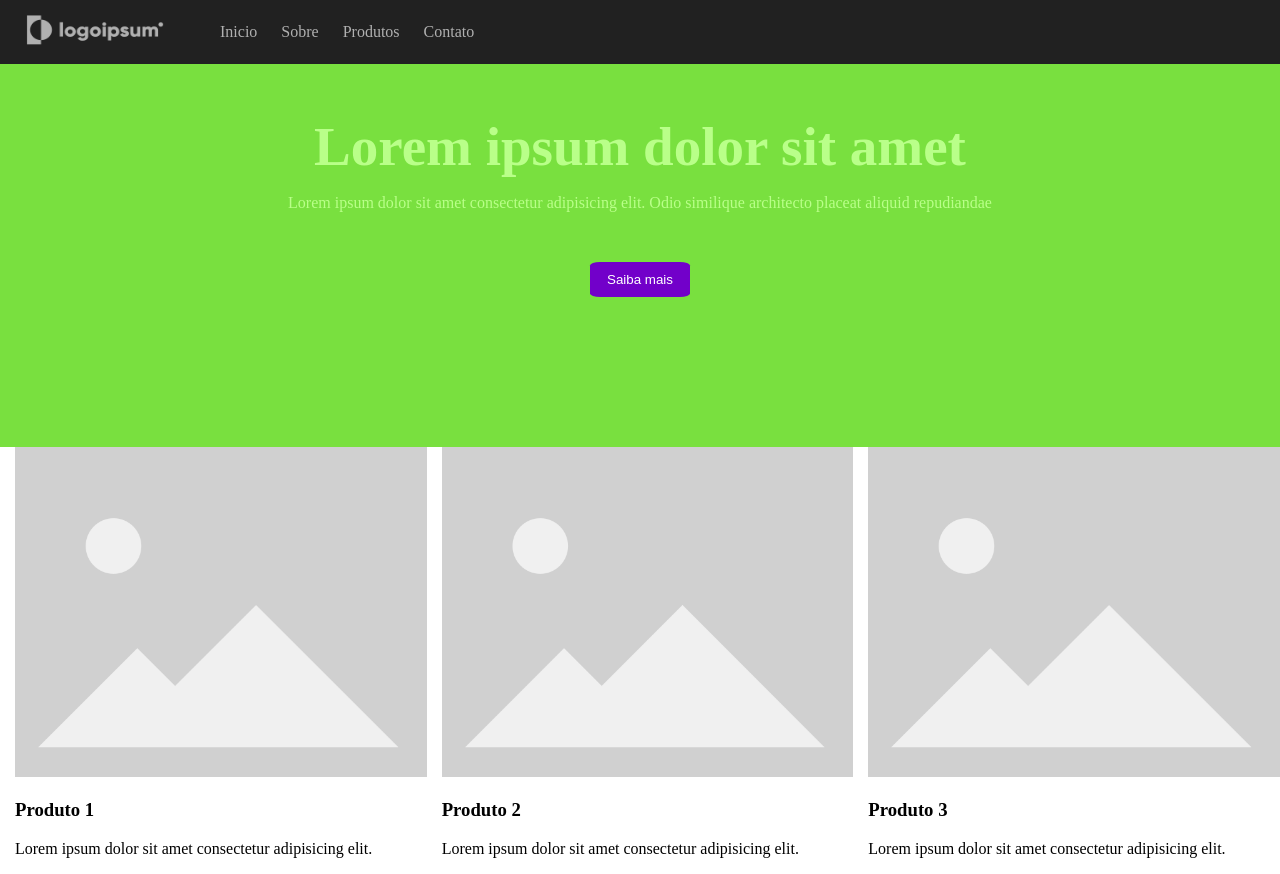
Repository: Carolden/SiteCrie_Ti
Page: index.html
An editor plug-in stored every save of this project. The page is shown before and after the next save, followed by the edit.
The browser window is 1280 px wide. The pictures show the whole page.

Above is the page before, as saved 2023-04-23 21:05:02.

### index.html
<!DOCTYPE html>
<html lang="pt-BR">
<head>
    <meta charset="UTF-8">
    <meta http-equiv="X-UA-Compatible" content="IE=edge">
    <meta name="viewport" content="width=device-width, initial-scale=1.0">
    <title>Document</title>
    <link rel="stylesheet" type="text/css" href="index.css" media="screen" />
</head>
<body>

    <header>
        <div>
            <img src="images/logo.png" alt="logo" class="logo">
        </div>
        <nav>
            <a href="inicio">Inicio</a>
            <a href="sobre">Sobre</a>
            <a href="produtos">Produtos</a>
            <a href="contato">Contato</a>
        </nav>
    </header>

    <main>

    <section class="banner">
        <h1>Lorem ipsum dolor sit amet</h1>
        <p>Lorem ipsum dolor sit amet consectetur adipisicing elit. Odio similique architecto placeat aliquid repudiandae</p>
        <button>Saiba mais</button>
    </section>

    <section class="produtos">
        <div class="row">
            <div class="column">
                <img src="images/placeholder.png" alt="imagem1">
                <h3>Produto 1</h3>
                <p>Lorem ipsum dolor sit amet consectetur adipisicing elit.</p>
            </div>

            <div class="column">
                <img src="images/placeholder.png" alt="imagem2">
                <h3>Produto 2</h3>
                <p>Lorem ipsum dolor sit amet consectetur adipisicing elit.</p>
            </div>

            <div class="column">
                <img src="images/placeholder.png" alt="imagem3">
                <h3>Produto 3</h3>
                <p>Lorem ipsum dolor sit amet consectetur adipisicing elit.</p>
            </div>
        </div>
    </section>


    </main>





</body>
</html>

### index.css
body {
    border: 0;
    margin: 0;
    padding: 0;
}


header {
    background-color: #212121;
    display: flex;
    align-items: center;
    width: 100%;
    top: 0;
    padding-left: 20px;
    padding-right: 20px;
    box-sizing: border-box;
}

header nav a {
    color: #B0B0B0;
    text-decoration: none;
    padding: 10px;

}

.logo {
    width: 150px;
    height: 60px;
    padding-right: 40px;
}

.banner {
    background-color: rgb(121, 224, 63);
    color: rgb(185, 255, 137);
    text-align: center;
    padding-top: 5px;
    padding-bottom: 150px;

}

button {
    background-color: rgb(114, 0, 202);
    color: #ffffff;
    text-align: center;
    padding: 10px;
    padding-left: 17px;
    padding-right: 17px;
    border-radius: 10%;
    border-style: hidden    ;
}

.banner h1 {
    font-size: 55px;
    margin-bottom: -30px;
}

.banner p {
    padding-bottom: 50px;
    padding-top: 30px;
    margin-bottom: 0px;
}

.produtos {
    display: flex;

}


.row {
    display: flex;
}


.column {
    width: 33%;
    margin-left: 15px;
}


.column img {
    width: 100%;
    height: 330px;
    object-fit: cover;
}

After the next save:
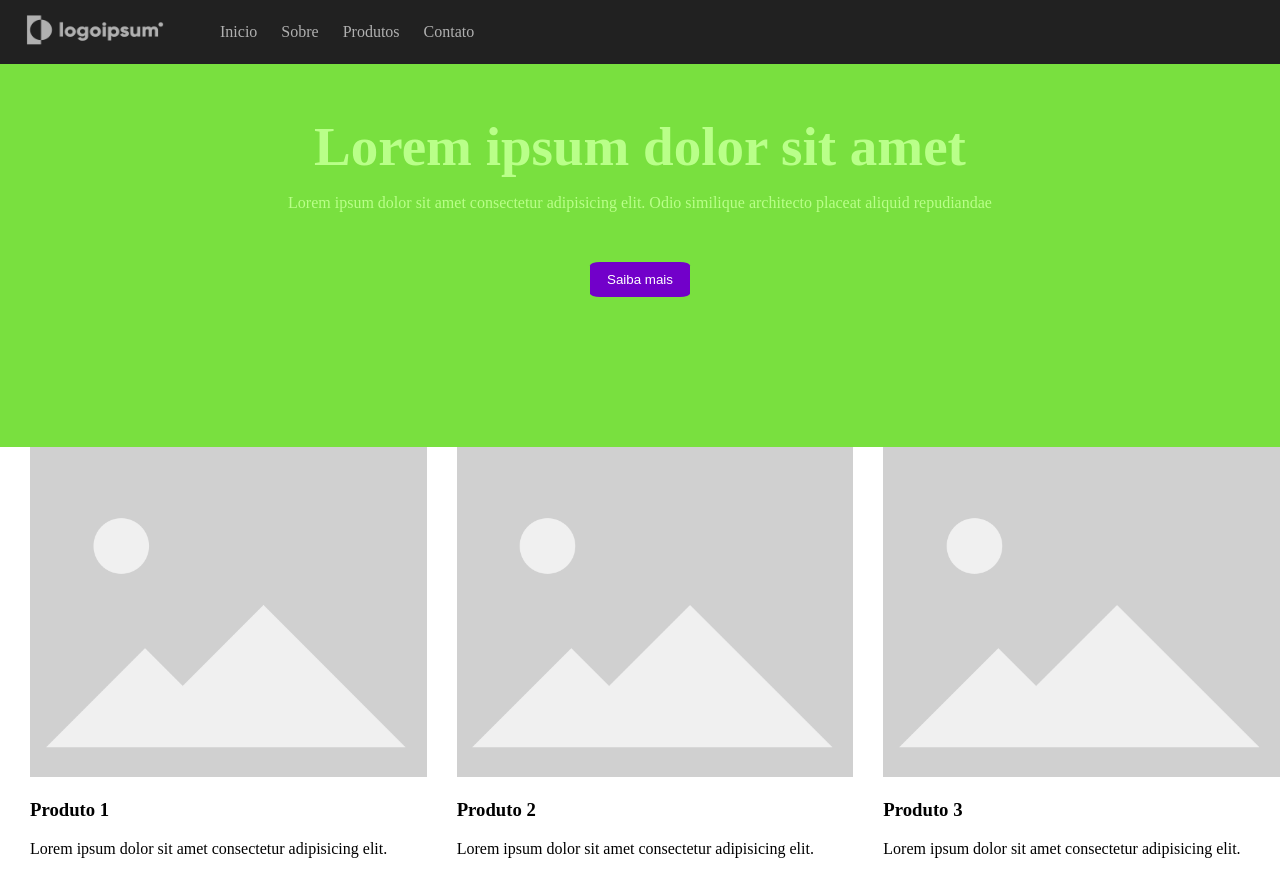
Saved 9 s later.
--- a/index.css
+++ b/index.css
@@ -73,7 +73,7 @@ button {
 
 .column {
     width: 33%;
-    margin-left: 15px;
+    margin-left: 30px;
 }
 
 
